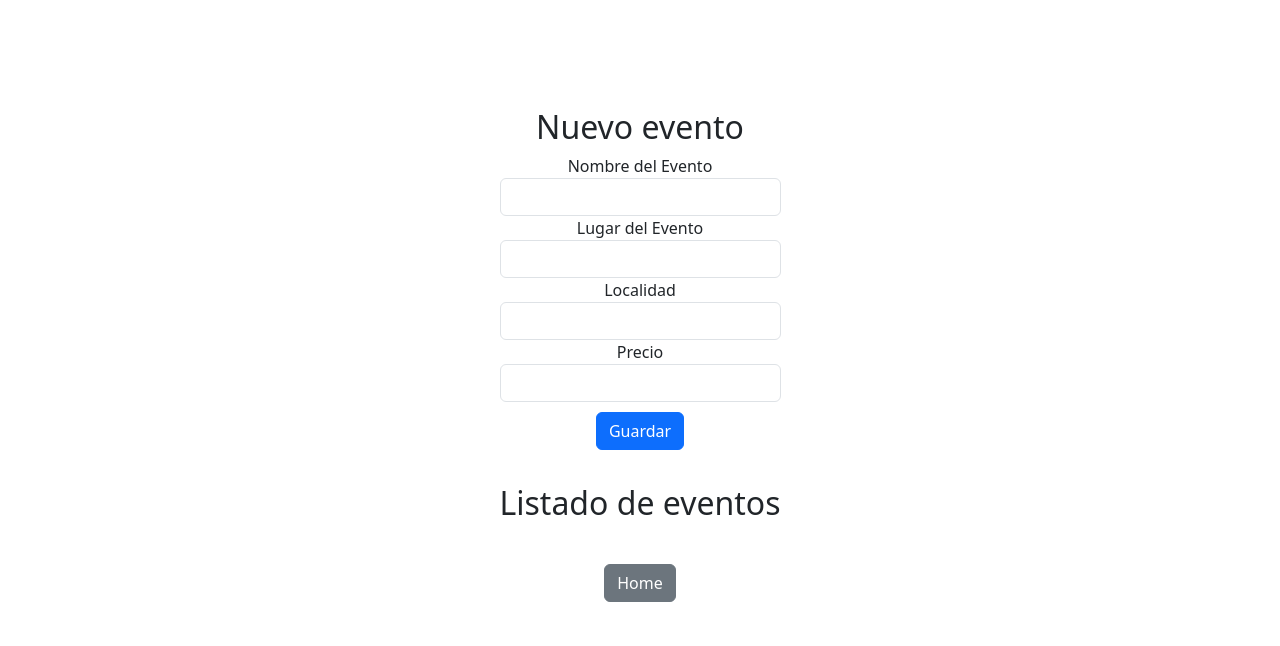
Repository: aagomezs/fasttickets
Page: /#/productos/add (app in frontend/)
An editor plug-in stored every save of this project. The page is shown before and after the next save, followed by the edit.
The browser window is 1280 px wide. The pictures show the whole page.
The page's requests for data from a server got no answer. The project was rebuilt for these pictures with package versions that can differ from the ones it lists, and the page was loaded fresh each time. No one was signed in, and anything a server would have sent is missing. Also part of the build but not shown: frontend/vite.config.js, frontend/src/services/clienteService.js, frontend/src/services/ventaService.js, frontend/src/components/Home.jsx, frontend/src/components/CustomHook.jsx, frontend/src/components/ClienteList.jsx, frontend/src/components/ClienteForm.jsx, frontend/src/components/VentaForm.jsx.

Above is the page before, as saved 2024-06-30 21:46:14.

### frontend/src/App.jsx
import React from 'react';
import { HashRouter as Router, Routes, Route } from 'react-router-dom';
import 'bootstrap/dist/css/bootstrap.min.css';
import Home from './components/Home';
import './App.css';

import ProductoList from './components/ProductoList';
import ProductoForm from './components/ProductoForm';
import ClienteList from './components/ClienteList';
import ClienteForm from './components/ClienteForm';
import VentaForm from './components/VentaForm';

function App() {
  return (
    <Router>
      <div className="app">
        <Routes>
          <Route path="/" element={<Home />} />
          <Route path="/productos" element={<ProductoList />} />
          <Route path="/productos/add" element={<ProductoForm />} />
          <Route path="/productos/edit/:id" element={<ProductoForm />} />
          <Route path="/clientes" element={<ClienteList />} />
          <Route path="/clientes/add" element={<ClienteForm />} />
          <Route path="/clientes/edit/:id" element={<ClienteForm />} />
          <Route path="/ventas/add" element={<VentaForm />} />
        </Routes>
      </div>
    </Router>
  );
}

export default App;

### frontend/src/components/ProductoList.jsx
import React from 'react';
import { Link } from 'react-router-dom';

const ProductoList = ({ productos, onDelete }) => {
  return (
    <div className="mt-4">
      <h2>Listado de eventos</h2>
      <ul className="list-group">
        {productos.map(producto => (
          <li key={producto.id} className="list-group-item d-flex justify-content-between align-items-center">
            <div>
              {producto.nombreEvento}
              <br />
              <small>{producto.lugarEvento} - {producto.localidad} - {producto.precio}</small>
            </div>
            <div>
              <Link to={`/productos/${producto.id}`} className="btn btn-sm btn-primary mr-2">Editar</Link>
              <button onClick={() => onDelete(producto.id)} className="btn btn-sm btn-danger">Eliminar</button>
            </div>
          </li>
        ))}
      </ul>
    </div>
  );
};

export default ProductoList;

### frontend/src/components/ProductoForm.jsx
import React, { useState, useEffect } from 'react';
import { saveProducto, updateProducto, getProductoById, getAllProductos, deleteProducto } from '../services/productoService';
import { useNavigate, useParams } from 'react-router-dom';
import ProductoList from './ProductoList';
import HomeButton from './HomeButton';

const ProductoForm = () => {
  const [producto, setProducto] = useState({ id: '', nombreEvento: '', lugarEvento: '', localidad: '', precio: '' });
  const [productos, setProductos] = useState([]);
  const navigate = useNavigate();
  const { id } = useParams();

  useEffect(() => {
    const fetchProducto = async () => {
      if (id) {
        const producto = await getProductoById(id);
        setProducto(producto);
      }
      const productos = await getAllProductos();
      setProductos(productos);
    };

    fetchProducto();
  }, [id]);

  const handleInputChange = (e) => {
    const { name, value } = e.target;
    setProducto({ ...producto, [name]: value });
  };

  const handleSubmit = async (e) => {
    e.preventDefault();
    if (id) {
      const updatedProducto = await updateProducto(id, producto);
      setProductos(productos.map(p => (p.id === id ? updatedProducto : p)));
    } else {
      const newProducto = await saveProducto(producto);
      setProductos([...productos, newProducto]);
    }
    setProducto({ id: '', nombreEvento: '', lugarEvento: '', localidad: '', precio: '' });
  };

  const handleDelete = async (id) => {
    if (window.confirm('¿Estás seguro de eliminar este producto?')) {
      await deleteProducto(id);
      setProductos(productos.filter(producto => producto.id !== id));
    }
  };

  return (
    <div>
      <h2>{id ? 'Editar evento' : 'Nuevo evento'}</h2>
      <form onSubmit={handleSubmit}>
        <div className="form-group">
          <label>Nombre del Evento</label>
          <input type="text" className="form-control" name="nombreEvento" value={producto.nombreEvento} onChange={handleInputChange} required />
        </div>
        <div className="form-group">
          <label>Lugar del Evento</label>
          <input type="text" className="form-control" name="lugarEvento" value={producto.lugarEvento} onChange={handleInputChange} required />
        </div>
        <div className="form-group">
          <label>Localidad</label>
          <input type="text" className="form-control" name="localidad" value={producto.localidad} onChange={handleInputChange} required />
        </div>
        <div className="form-group">
          <label>Precio</label>
          <input type="number" className="form-control" name="precio" value={producto.precio} onChange={handleInputChange} required />
        </div>
        <button type="submit" className="btn btn-primary">Guardar</button>
      </form>

      <ProductoList productos={productos} onDelete={handleDelete} />

      <div className="mt-4">
        <HomeButton />
      </div>
    </div>
  );
};

export default ProductoForm;

### frontend/src/Home.css
  .container {
    margin-top: 50px;
  }

  .text-center {
    text-align: center;
  }

  .btn {
    margin: 10px 0;
  }

  .list-group-item {
    margin: 5px 0;
  }

### frontend/src/services/productoService.js
import axios from 'axios';

const apiUrl = 'http://localhost:8000/productos';

export const getAllProductos = async () => {
  const response = await axios.get(`${apiUrl}/all`);
  return response.data;
};

export const getProductoById = async (id) => {
  const response = await axios.get(`${apiUrl}/${id}`);
  return response.data;
};

export const saveProducto = async (producto) => {
  const response = await axios.post(`${apiUrl}/save`, producto, {
    headers: {
      'Content-Type': 'application/json',
    },
  });
  return response.data;
};

export const updateProducto = async (id, producto) => {
  const response = await axios.put(`${apiUrl}/update/${id}`, producto, {
    headers: {
      'Content-Type': 'application/json',
    },
  });
  return response.data;
};

export const deleteProducto = async (id) => {
  await axios.delete(`${apiUrl}/delete/${id}`);
};

### frontend/src/components/HomeButton.jsx
import React from 'react';
import { useNavigate } from 'react-router-dom';

const HomeButton = () => {
  const navigate = useNavigate();

  return (
    <button onClick={() => navigate('/')} className="btn btn-secondary">
      Home
    </button>
  );
};

export default HomeButton;

Loaded but not shown: frontend/index.html (common file); frontend/src/main.jsx (common file); frontend/src/index.css (common file); frontend/src/App.css (common file)

After the next save:
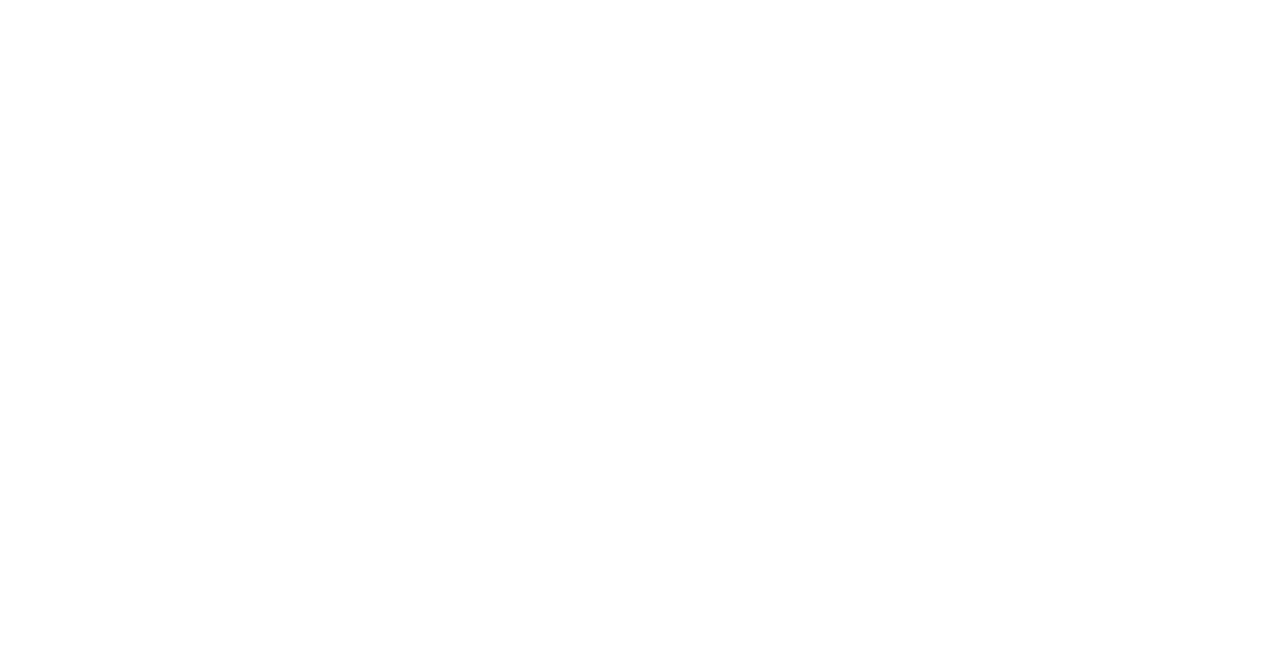
Console error: TypeError: Cannot read properties of undefined (reading 'map')
Saved 45 s later.
--- a/frontend/src/components/ProductoForm.jsx
+++ b/frontend/src/components/ProductoForm.jsx
@@ -1,76 +1,83 @@
 import React, { useState, useEffect } from 'react';
-import { saveProducto, updateProducto, getProductoById, getAllProductos, deleteProducto } from '../services/productoService';
+import { saveProducto, updateProducto, getProductoById } from '../services/productoService';
 import { useNavigate, useParams } from 'react-router-dom';
+import HomeButton from './HomeButton';
 import ProductoList from './ProductoList';
-import HomeButton from './HomeButton';
 
 const ProductoForm = () => {
-  const [producto, setProducto] = useState({ id: '', nombreEvento: '', lugarEvento: '', localidad: '', precio: '' });
-  const [productos, setProductos] = useState([]);
+  const [producto, setProducto] = useState({
+    nombreEvento: '',
+    lugarEvento: '',
+    localidad: '',
+    precio: 0
+  });
   const navigate = useNavigate();
   const { id } = useParams();
 
   useEffect(() => {
-    const fetchProducto = async () => {
-      if (id) {
-        const producto = await getProductoById(id);
-        setProducto(producto);
-      }
-      const productos = await getAllProductos();
-      setProductos(productos);
-    };
-
-    fetchProducto();
+    if (id) {
+      getProductoById(id).then(data => setProducto(data));
+    }
   }, [id]);
 
-  const handleInputChange = (e) => {
+  const handleChange = (e) => {
     const { name, value } = e.target;
-    setProducto({ ...producto, [name]: value });
+    setProducto({
+      ...producto,
+      [name]: value
+    });
   };
 
   const handleSubmit = async (e) => {
     e.preventDefault();
     if (id) {
-      const updatedProducto = await updateProducto(id, producto);
-      setProductos(productos.map(p => (p.id === id ? updatedProducto : p)));
+      await updateProducto(id, producto);
     } else {
-      const newProducto = await saveProducto(producto);
-      setProductos([...productos, newProducto]);
+      await saveProducto(producto);
     }
-    setProducto({ id: '', nombreEvento: '', lugarEvento: '', localidad: '', precio: '' });
-  };
-
-  const handleDelete = async (id) => {
-    if (window.confirm('¿Estás seguro de eliminar este producto?')) {
-      await deleteProducto(id);
-      setProductos(productos.filter(producto => producto.id !== id));
-    }
+    navigate('/productos/add');
   };
 
   return (
     <div>
-      <h2>{id ? 'Editar evento' : 'Nuevo evento'}</h2>
+      <h2>Nuevo evento</h2>
       <form onSubmit={handleSubmit}>
-        <div className="form-group">
-          <label>Nombre del Evento</label>
-          <input type="text" className="form-control" name="nombreEvento" value={producto.nombreEvento} onChange={handleInputChange} required />
-        </div>
-        <div className="form-group">
-          <label>Lugar del Evento</label>
-          <input type="text" className="form-control" name="lugarEvento" value={producto.lugarEvento} onChange={handleInputChange} required />
-        </div>
-        <div className="form-group">
-          <label>Localidad</label>
-          <input type="text" className="form-control" name="localidad" value={producto.localidad} onChange={handleInputChange} required />
-        </div>
-        <div className="form-group">
-          <label>Precio</label>
-          <input type="number" className="form-control" name="precio" value={producto.precio} onChange={handleInputChange} required />
-        </div>
+        <input
+          type="text"
+          name="nombreEvento"
+          value={producto.nombreEvento}
+          onChange={handleChange}
+          placeholder="Nombre del Evento"
+          className="form-control mb-3"
+        />
+        <input
+          type="text"
+          name="lugarEvento"
+          value={producto.lugarEvento}
+          onChange={handleChange}
+          placeholder="Lugar del Evento"
+          className="form-control mb-3"
+        />
+        <input
+          type="text"
+          name="localidad"
+          value={producto.localidad}
+          onChange={handleChange}
+          placeholder="Localidad"
+          className="form-control mb-3"
+        />
+        <input
+          type="number"
+          name="precio"
+          value={producto.precio}
+          onChange={handleChange}
+          placeholder="Precio"
+          className="form-control mb-3"
+        />
         <button type="submit" className="btn btn-primary">Guardar</button>
       </form>
 
-      <ProductoList productos={productos} onDelete={handleDelete} />
+      <ProductoList />
 
       <div className="mt-4">
         <HomeButton />

After the save that followed:
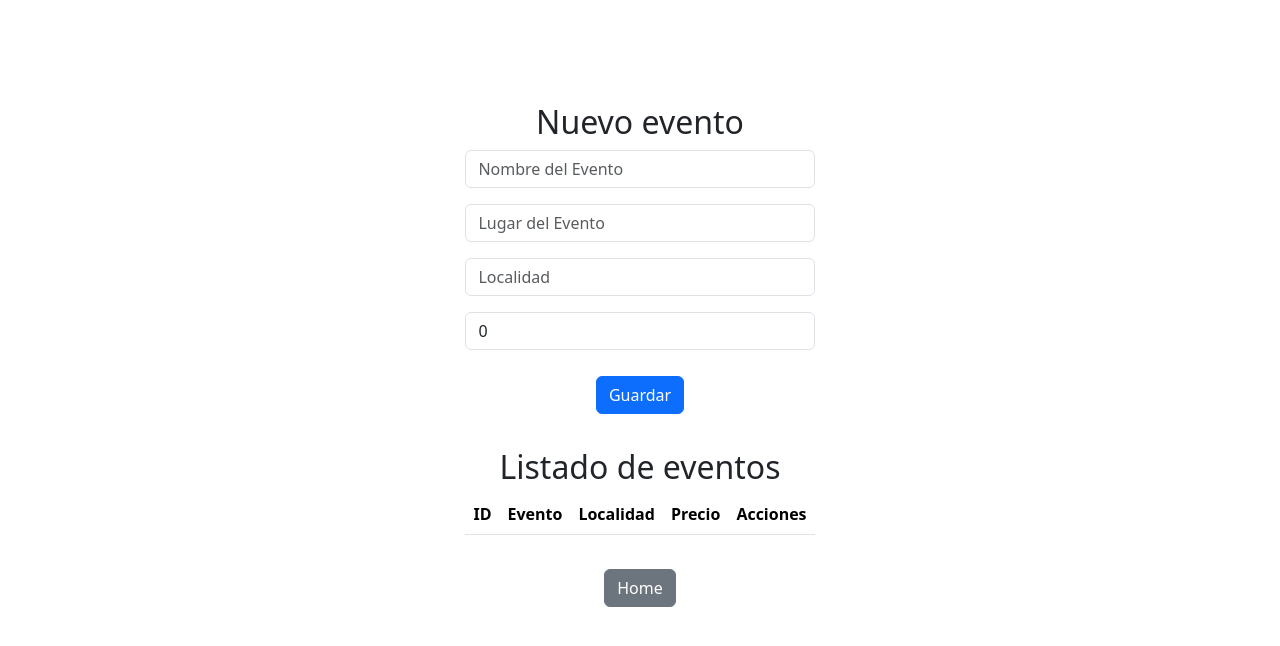
The error is gone.
Saved 31 s later.
--- a/frontend/src/components/ProductoForm.jsx
+++ b/frontend/src/components/ProductoForm.jsx
@@ -1,8 +1,7 @@
 import React, { useState, useEffect } from 'react';
-import { saveProducto, updateProducto, getProductoById } from '../services/productoService';
+import { saveProducto, updateProducto, getProductoById, getAllProductos, deleteProducto } from '../services/productoService';
 import { useNavigate, useParams } from 'react-router-dom';
 import HomeButton from './HomeButton';
-import ProductoList from './ProductoList';
 
 const ProductoForm = () => {
   const [producto, setProducto] = useState({
@@ -11,6 +10,7 @@
     localidad: '',
     precio: 0
   });
+  const [productos, setProductos] = useState([]);
   const navigate = useNavigate();
   const { id } = useParams();
 
@@ -18,7 +18,13 @@
     if (id) {
       getProductoById(id).then(data => setProducto(data));
     }
+    fetchProductos();
   }, [id]);
+
+  const fetchProductos = async () => {
+    const data = await getAllProductos();
+    setProductos(data);
+  };
 
   const handleChange = (e) => {
     const { name, value } = e.target;
@@ -35,7 +41,19 @@
     } else {
       await saveProducto(producto);
     }
+    fetchProductos();
     navigate('/productos/add');
+  };
+
+  const handleEdit = (id) => {
+    navigate(`/productos/edit/${id}`);
+  };
+
+  const handleDelete = async (id) => {
+    if (window.confirm('¿Estás seguro de eliminar este producto?')) {
+      await deleteProducto(id);
+      fetchProductos();
+    }
   };
 
   return (
@@ -77,7 +95,34 @@
         <button type="submit" className="btn btn-primary">Guardar</button>
       </form>
 
-      <ProductoList />
+      <div className="mt-4">
+        <h2>Listado de eventos</h2>
+        <table className="table">
+          <thead>
+            <tr>
+              <th>ID</th>
+              <th>Evento</th>
+              <th>Localidad</th>
+              <th>Precio</th>
+              <th>Acciones</th>
+            </tr>
+          </thead>
+          <tbody>
+            {productos.map(producto => (
+              <tr key={producto.id}>
+                <td>{producto.id}</td>
+                <td>{producto.nombreEvento}</td>
+                <td>{producto.localidad}</td>
+                <td>{producto.precio}</td>
+                <td>
+                  <button onClick={() => handleEdit(producto.id)} className="btn btn-sm btn-warning mr-2">Editar</button>
+                  <button onClick={() => handleDelete(producto.id)} className="btn btn-sm btn-danger">Eliminar</button>
+                </td>
+              </tr>
+            ))}
+          </tbody>
+        </table>
+      </div>
 
       <div className="mt-4">
         <HomeButton />
